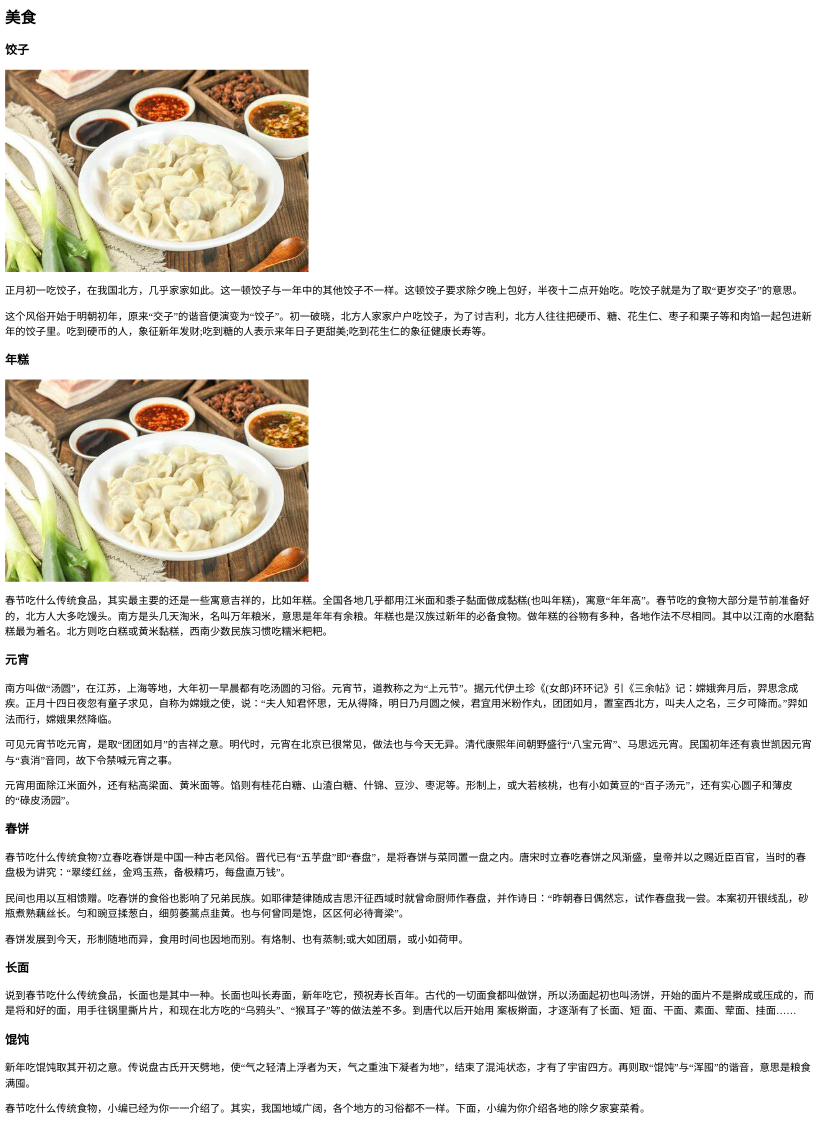
Repository: XueJie1/computer-operation-basics
Page: pages/springfes/cuisine.html
These files come from the project's save history. The page is drawn as it stood at one moment and after a run of saves; the edit follows.
The browser window is 1280 px wide. The pictures show the whole page, at 64% of full size.

Above is the page before, as saved 2023-09-03 14:21:06.

After the next 2 saves:
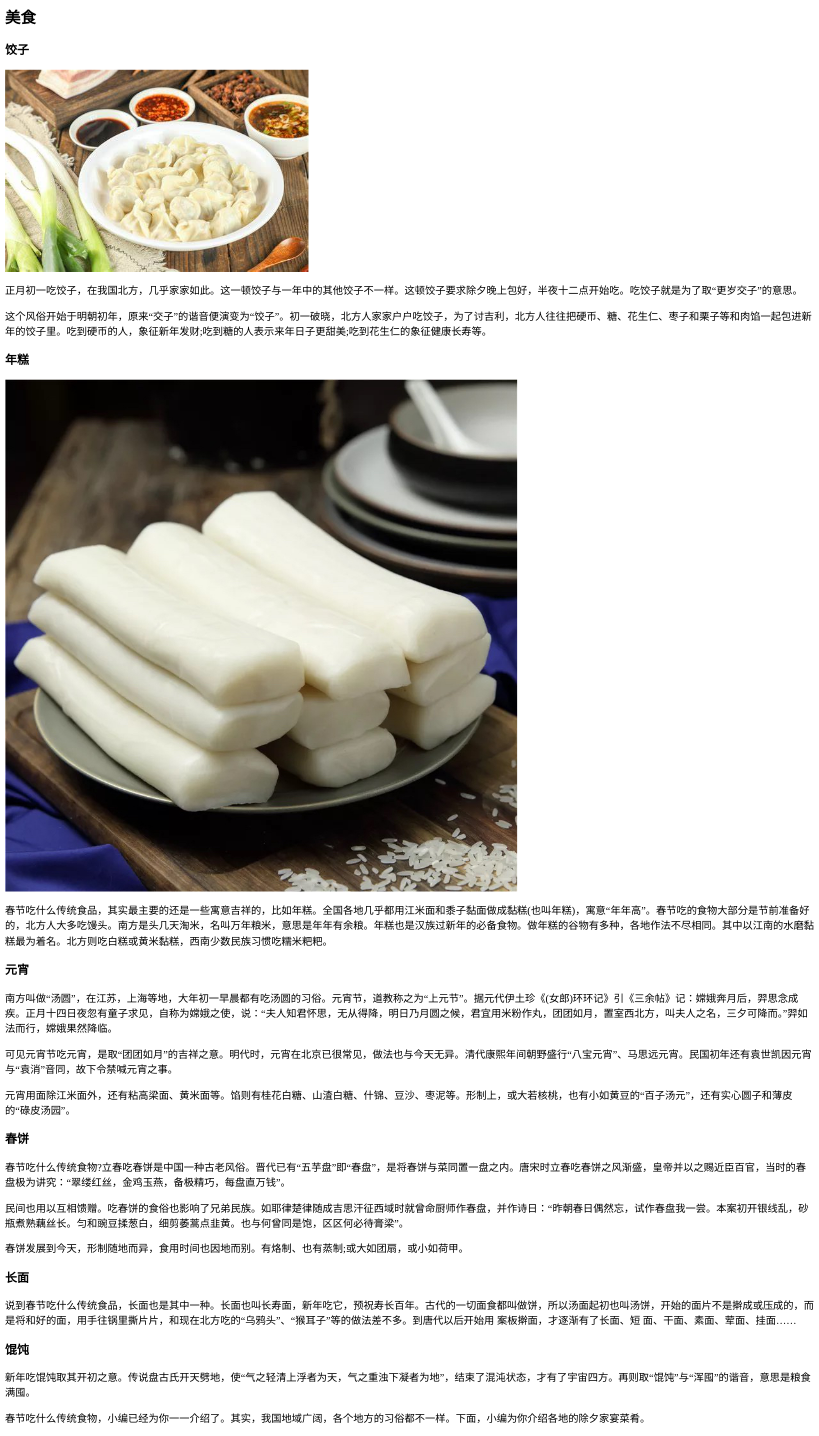
The 2 saves are shown as one change because they came seconds apart.
The last was saved 35 s later.
--- a/pages/springfes/cuisine.html
+++ b/pages/springfes/cuisine.html
@@ -8,23 +8,24 @@
 </p>
 <h3 id="niangao">年糕</h3>
 <div class="img">
-    <img src="../../img/jiaozi.jpg" </div>
-    <p>春节吃什么传统食品，其实最主要的还是一些寓意吉祥的，比如年糕。全国各地几乎都用江米面和黍子黏面做成黏糕(也叫年糕)，寓意“年年高”。春节吃的食物大部分是节前准备好的，北方人大多吃馒头。南方是头几天淘米，名叫万年粮米，意思是年年有余粮。年糕也是汉族过新年的必备食物。做年糕的谷物有多种，各地作法不尽相同。其中以江南的水磨黏糕最为着名。北方则吃白糕或黄米黏糕，西南少数民族习惯吃糯米粑粑。
-    </p>
-    <h3 id="yuanxiao">元宵</h3>
-    <p>南方叫做“汤圆”，在江苏，上海等地，大年初一早晨都有吃汤圆的习俗。元宵节，道教称之为“上元节”。据元代伊土珍《(女郎)环环记》引《三余帖》记：嫦娥奔月后，羿思念成疾。正月十四日夜忽有童子求见，自称为嫦娥之使，说：“夫人知君怀思，无从得降，明日乃月圆之候，君宜用米粉作丸，团团如月，置室西北方，叫夫人之名，三夕可降而。”羿如法而行，嫦娥果然降临。
-    </p>
-    <p>可见元宵节吃元宵，是取“团团如月”的吉祥之意。明代时，元宵在北京已很常见，做法也与今天无异。清代康熙年间朝野盛行“八宝元宵”、马思远元宵。民国初年还有袁世凯因元宵与“袁消”音同，故下令禁喊元宵之事。</p>
-    <p>元宵用面除江米面外，还有粘高梁面、黄米面等。馅则有桂花白糖、山渣白糖、什锦、豆沙、枣泥等。形制上，或大若核桃，也有小如黄豆的“百子汤元”，还有实心圆子和薄皮的“碌皮汤园”。</p>
-    <h3 id="spring-pancake">春饼</h3>
-    <p>春节吃什么传统食物?立春吃春饼是中国一种古老风俗。晋代已有“五芋盘”即“春盘”，是将春饼与菜同置一盘之内。唐宋时立春吃春饼之风渐盛，皇帝并以之赐近臣百官，当时的春盘极为讲究：“翠缕红丝，金鸡玉燕，备极精巧，每盘直万钱”。
-    </p>
-    <p>民间也用以互相馈赠。吃春饼的食俗也影响了兄弟民族。如耶律楚律随成吉思汗征西域时就曾命厨师作春盘，并作诗日：“昨朝春日偶然忘，试作春盘我一尝。本案初开银线乱，砂瓶煮熟藕丝长。匀和豌豆揉葱白，细剪萎蒿点韭黄。也与何曾同是饱，区区何必待膏梁”。
-    </p>
-    <p>春饼发展到今天，形制随地而异，食用时间也因地而别。有烙制、也有蒸制;或大如团扇，或小如荷甲。</p>
-    <h3 id="long-life-noodles">长面</h3>
-    <p>说到春节吃什么传统食品，长面也是其中一种。长面也叫长寿面，新年吃它，预祝寿长百年。古代的一切面食都叫做饼，所以汤面起初也叫汤饼，开始的面片不是擀成或压成的，而是将和好的面，用手往锅里撕片片，和现在北方吃的“乌鸦头”、“猴耳子”等的做法差不多。到唐代以后开始用
-        案板擀面，才逐渐有了长面、短 面、干面、素面、荤面、挂面……</p>
-    <h3 id="wonton">馄饨</h3>
-    <p>新年吃馄饨取其开初之意。传说盘古氏开天劈地，使“气之轻清上浮者为天，气之重浊下凝者为地”，结束了混沌状态，才有了宇宙四方。再则取“馄饨”与“浑囤”的谐音，意思是粮食满囤。</p>
-    <p>春节吃什么传统食物，小编已经为你一一介绍了。其实，我国地域广阔，各个地方的习俗都不一样。下面，小编为你介绍各地的除夕家宴菜肴。</p>
+    <img src="../../img/niangao.jpg">
+</div>
+<p>春节吃什么传统食品，其实最主要的还是一些寓意吉祥的，比如年糕。全国各地几乎都用江米面和黍子黏面做成黏糕(也叫年糕)，寓意“年年高”。春节吃的食物大部分是节前准备好的，北方人大多吃馒头。南方是头几天淘米，名叫万年粮米，意思是年年有余粮。年糕也是汉族过新年的必备食物。做年糕的谷物有多种，各地作法不尽相同。其中以江南的水磨黏糕最为着名。北方则吃白糕或黄米黏糕，西南少数民族习惯吃糯米粑粑。
+</p>
+<h3 id="yuanxiao">元宵</h3>
+<p>南方叫做“汤圆”，在江苏，上海等地，大年初一早晨都有吃汤圆的习俗。元宵节，道教称之为“上元节”。据元代伊土珍《(女郎)环环记》引《三余帖》记：嫦娥奔月后，羿思念成疾。正月十四日夜忽有童子求见，自称为嫦娥之使，说：“夫人知君怀思，无从得降，明日乃月圆之候，君宜用米粉作丸，团团如月，置室西北方，叫夫人之名，三夕可降而。”羿如法而行，嫦娥果然降临。
+</p>
+<p>可见元宵节吃元宵，是取“团团如月”的吉祥之意。明代时，元宵在北京已很常见，做法也与今天无异。清代康熙年间朝野盛行“八宝元宵”、马思远元宵。民国初年还有袁世凯因元宵与“袁消”音同，故下令禁喊元宵之事。</p>
+<p>元宵用面除江米面外，还有粘高梁面、黄米面等。馅则有桂花白糖、山渣白糖、什锦、豆沙、枣泥等。形制上，或大若核桃，也有小如黄豆的“百子汤元”，还有实心圆子和薄皮的“碌皮汤园”。</p>
+<h3 id="spring-pancake">春饼</h3>
+<p>春节吃什么传统食物?立春吃春饼是中国一种古老风俗。晋代已有“五芋盘”即“春盘”，是将春饼与菜同置一盘之内。唐宋时立春吃春饼之风渐盛，皇帝并以之赐近臣百官，当时的春盘极为讲究：“翠缕红丝，金鸡玉燕，备极精巧，每盘直万钱”。
+</p>
+<p>民间也用以互相馈赠。吃春饼的食俗也影响了兄弟民族。如耶律楚律随成吉思汗征西域时就曾命厨师作春盘，并作诗日：“昨朝春日偶然忘，试作春盘我一尝。本案初开银线乱，砂瓶煮熟藕丝长。匀和豌豆揉葱白，细剪萎蒿点韭黄。也与何曾同是饱，区区何必待膏梁”。
+</p>
+<p>春饼发展到今天，形制随地而异，食用时间也因地而别。有烙制、也有蒸制;或大如团扇，或小如荷甲。</p>
+<h3 id="long-life-noodles">长面</h3>
+<p>说到春节吃什么传统食品，长面也是其中一种。长面也叫长寿面，新年吃它，预祝寿长百年。古代的一切面食都叫做饼，所以汤面起初也叫汤饼，开始的面片不是擀成或压成的，而是将和好的面，用手往锅里撕片片，和现在北方吃的“乌鸦头”、“猴耳子”等的做法差不多。到唐代以后开始用
+    案板擀面，才逐渐有了长面、短 面、干面、素面、荤面、挂面……</p>
+<h3 id="wonton">馄饨</h3>
+<p>新年吃馄饨取其开初之意。传说盘古氏开天劈地，使“气之轻清上浮者为天，气之重浊下凝者为地”，结束了混沌状态，才有了宇宙四方。再则取“馄饨”与“浑囤”的谐音，意思是粮食满囤。</p>
+<p>春节吃什么传统食物，小编已经为你一一介绍了。其实，我国地域广阔，各个地方的习俗都不一样。下面，小编为你介绍各地的除夕家宴菜肴。</p>
